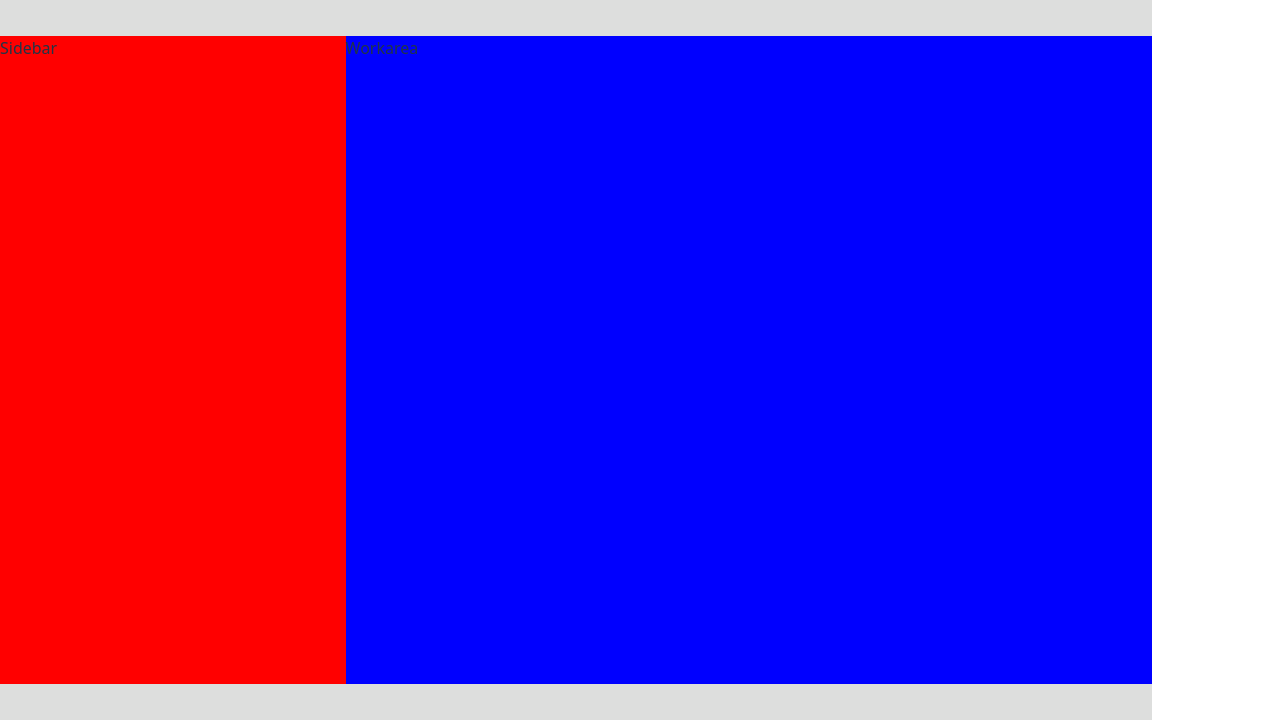
Repository: rahul-chakradhari/chat_app
Page: /
These files come from the project's save history. The page is drawn as it stood at one moment and after the next save; the edit follows.
The browser window is 1280 px wide. The pictures show the whole page.
The project was rebuilt for these pictures with package versions that can differ from the ones it lists, and the page was loaded fresh each time.

Above is the page before, as saved 2025-02-26 17:08:16.

After the next save:
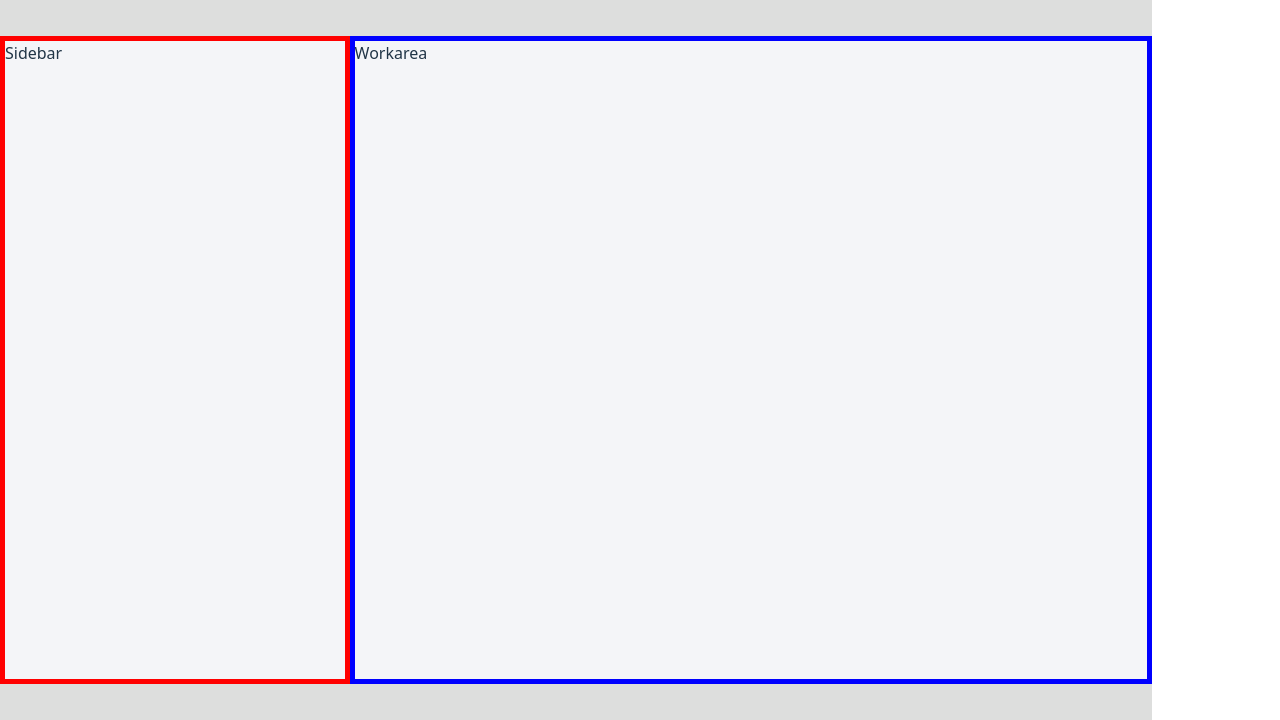
Saved 102 s later.
--- a/src/components/Mystyles.css
+++ b/src/components/Mystyles.css
@@ -5,10 +5,10 @@
   display: flex;
 }
 .side {
-  background-color: red;
+  border: 5px solid red;
   flex: 0.3;
 }
 .work {
-  background-color: blue;
+  border: 5px solid blue;
   flex: 0.7;
 }
